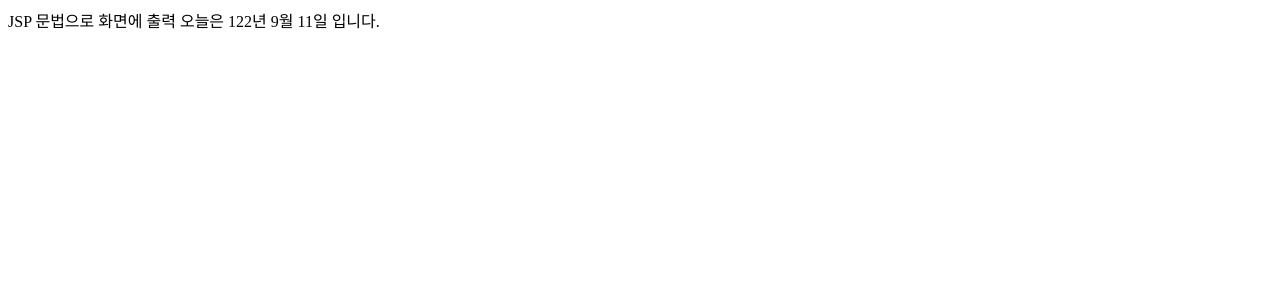
Repository: HyemCha/servlet-jsp
Page: http://localhost/ServletJSP/Test.jsp
The author's editor kept a copy of each file at every save. The page is drawn from the files as they stood at one save, then again after the next save.
The browser window is 1280 px wide. The pictures show the whole page.
The page is served by Tomcat 9.

Above is the page before, as saved 2022-10-11 00:27:16.

After the next save:
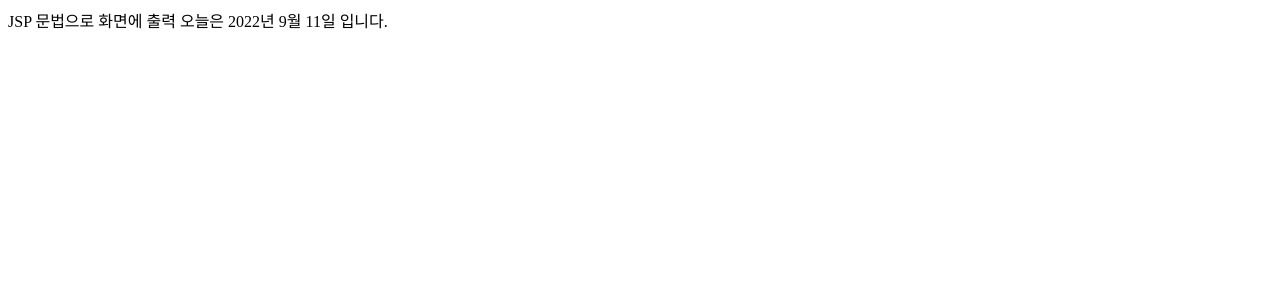
Saved 18 s later.
--- a/eclipse-workspace/ServletJSP/src/main/webapp/Test.jsp
+++ b/eclipse-workspace/ServletJSP/src/main/webapp/Test.jsp
@@ -12,7 +12,7 @@
 
 	<%
 	Date d = new Date();
-	int year = d.getYear();
+	int year = d.getYear() + 1900;
 	int month = d.getMonth();
 	int day = d.getDate();
 	String hi = "Hello";
